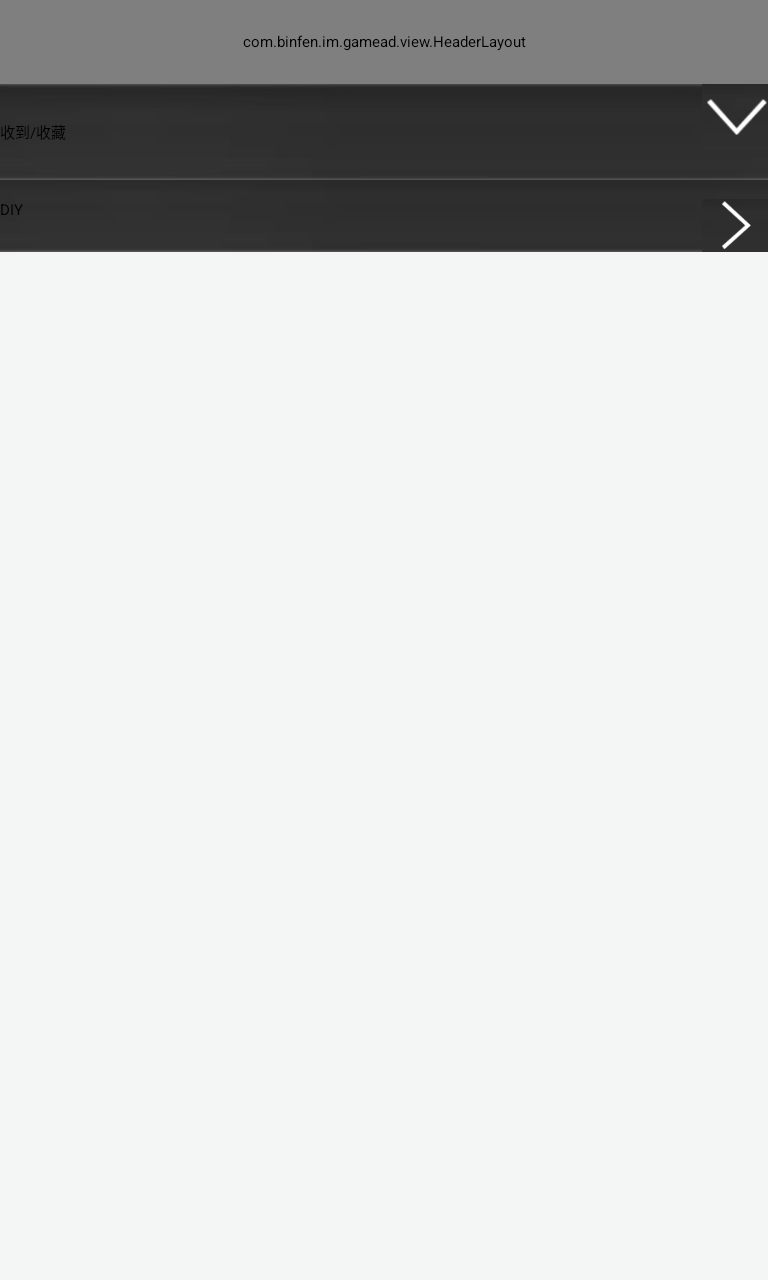
Repository: hosle/gad2
Layout: gamead_IM2/res/layout/xxh_gamelayout3.xml
The author's editor kept a copy of each file at every save. The layout is drawn from the files as they stood at one save, then again after the next save.
Pictures or frames that could not be fetched are drawn as grey boxes. It is drawn on a 768 x 1280 px phone screen (xhdpi) without system bars, with theme AppTheme; the app's code is not run. Lists and similar views that code fills are empty. The app's manifest (not shown) leaves right-to-left support off. So textAlignment, textDirection and layoutDirection are ignored, and left and right values win over start and end ones.

Above is the layout before, as saved 2015-06-26 06:44:50.

### gamead_IM2/res/layout/xxh_gamelayout3.xml
<?xml version="1.0" encoding="utf-8"?>
<RelativeLayout xmlns:android="http://schemas.android.com/apk/res/android"
    android:layout_width="match_parent"
    android:layout_height="match_parent"
     android:background="@color/base_bg"
    >

    <include
        android:id="@+id/common_actionbar"
        layout="@layout/include_action_bar"
        android:layout_width="match_parent"
        android:layout_height="42dp"
        android:layout_alignParentTop="true" />

    <LinearLayout
        android:id="@+id/bar2"
        android:layout_width="match_parent"
        android:layout_height="126dp"
        android:layout_below="@+id/common_actionbar"
        android:orientation="vertical" >

       <RelativeLayout
            android:layout_width="match_parent"
            android:layout_height="42dp"
            android:background="@drawable/xxh_game_dir" >

           <TextView
               android:id="@+id/official_game"
               android:layout_width="wrap_content"
               android:layout_height="wrap_content"
               android:layout_alignParentLeft="true"
               android:layout_centerVertical="true"
               android:text="官方"
               android:textAppearance="?android:attr/textAppearanceLarge" />

           <ImageButton
               android:id="@+id/xxh_imagebnt1"
               android:layout_width="wrap_content"
               android:layout_height="wrap_content"
               android:layout_alignParentBottom="true"
               android:layout_alignParentRight="true"
               android:layout_alignTop="@+id/official_game"
               android:background="@drawable/xxh_game_bkimgbnt"
               android:src="@drawable/xxh_game_ar" />

        </RelativeLayout>

        <RelativeLayout
            android:layout_width="match_parent"
            android:layout_height="42dp"
            android:background="@drawable/xxh_game_dir" >

            <TextView
               android:id="@+id/receive_game"
               android:layout_width="wrap_content"
               android:layout_height="wrap_content"
               android:layout_alignParentLeft="true"
               android:layout_centerVertical="true"
               android:text="DIY"
               android:textAppearance="?android:attr/textAppearanceLarge" />

           <ImageButton
               android:id="@+id/xxh_imagebnt2"
               android:layout_width="wrap_content"
               android:layout_height="wrap_content"
               android:layout_alignParentRight="true"
               android:layout_alignTop="@+id/receive_game"
               android:background="@drawable/xxh_game_bkimgbnt"
               android:src="@drawable/xxh_game_ar" />

        </RelativeLayout>
       </LinearLayout>
       <LinearLayout
            android:layout_width="match_parent"
            android:layout_height="wrap_content"
            android:layout_below="@+id/common_actionbar"

            android:orientation="vertical"
           >
        <RelativeLayout
            android:layout_width="match_parent"
            android:layout_height="wrap_content"
            android:background="@drawable/xxh_game_dir" >
           <TextView
               android:id="@+id/save_game"
               android:layout_width="wrap_content"
               android:layout_height="wrap_content"
               android:layout_alignParentStart="true"
               android:layout_alignParentLeft="true"
               android:layout_centerVertical="true"
               android:text="收到/收藏"
               android:textAppearance="?android:attr/textAppearanceLarge" />

           <ImageButton
               android:id="@+id/xxh_imagebnt3"
               android:layout_width="wrap_content"
               android:layout_height="wrap_content"
               android:layout_alignParentRight="true"
               android:layout_alignParentEnd="true"
               android:layout_alignTop="@+id/save_game"
               android:background="@drawable/xxh_game_bkimgbnt"
               android:src="@drawable/xxh_game_ad" />

        </RelativeLayout>
          <ListView
        android:id="@+id/listgame"
        android:layout_width="match_parent"
        android:layout_height="350dp"

        ></ListView>

    </LinearLayout>

   <!--  <com.binfen.im.gamead.view.ClearEditText
        android:id="@+id/et_msg_search"
        android:layout_width="fill_parent"
        android:layout_height="@dimen/base_action_bar_height"
        android:layout_margin="10dp"
        android:background="@drawable/base_edit_input"
        android:drawableLeft="@drawable/icon_msg_search"
        android:drawablePadding="10dp"
        android:hint="@string/message_search_hint"
        android:paddingLeft="10dp"
        android:paddingRight="10dp"
        android:visibility="gone"
        android:singleLine="true" /> -->

    <!-- <GridView
        android:id="@+id/gridgame"
        android:layout_width="match_parent"
        android:layout_height="match_parent"
        android:numColumns="auto_fit"
        android:columnWidth="90dp"
        android:verticalSpacing="5dp"
        android:horizontalSpacing="5dp"
        android:stretchMode="columnWidth"
        android:gravity="center"
        ></GridView> -->

</RelativeLayout>

### gamead_IM2/res/values/colors.xml
<?xml version="1.0" encoding="utf-8"?>
<resources>

    <color name="base_actionbar_bg">#f5f5f5</color>
    <color name="base_action_bar_title_color">#2f2725</color>
    <color name="base_tab_indicator_text_color">#f82c22</color>
    <color name="base_menu_left_bg">#393c44</color>
    <color name="pull_refresh_textview">#000000</color>
    <color name="base_color_text_black">#3e3e39</color>
    <color name="base_color_text_gray">#9fa0a0</color>
    <color name="base_color_text_white">#ffffff</color>
    <color name="home_item_color_bg">#f4f6f6</color>
    <color name="base_bg">#f4f6f6</color>
    <!-- zxing -->
    <color name="color_half_transparent">#b0000000</color>
    <color name="color_transparent_bg">#80000000</color>
    <color name="color_transparent_bg1">#e0000000</color>
    <!-- emot -->
    <color name="msg_emote_divider">#ffa1a1a1</color>
    <color name="color_bottom_bg">#272a2e</color>
    <color name="color_bottom_text_normal">#9da0a4</color>
    <color name="color_bottom_text_press">#4f9ef6</color>
    <color name="text_gray">#969696</color>
    <color name="transparent">#00000000</color>
    <color name="msg_chat_bg">#eceff4</color>

    <color name="theme_bg_color">#f0f2f5</color>
    <color name="color_theme">#489cfa</color>
    <color name="c_f98800">#ed4e23</color>

    <color name="dialog_color_title">#f82c22</color>
    <color name="guide_color">#898989</color>

    <color name="common_bg">#fcfcfc</color>

</resources>

### gamead_IM2/res/layout/include_action_bar.xml
<?xml version="1.0" encoding="utf-8"?>
<com.binfen.im.gamead.view.HeaderLayout
    xmlns:android="http://schemas.android.com/apk/res/android"
    android:layout_width="match_parent"
    android:layout_height="@dimen/base_action_bar_height" >

</com.binfen.im.gamead.view.HeaderLayout>

### gamead_IM2/res/values/dimens.xml
<resources>

    <!-- Default screen margins, per the Android Design guidelines. -->
    <dimen name="activity_horizontal_margin">16dp</dimen>
    <dimen name="activity_vertical_margin">16dp</dimen>
    <dimen name="text_size_small">14sp</dimen>
    <dimen name="text_size_medium">16sp</dimen>
    <dimen name="text_size_large">18sp</dimen>
    <dimen name="base_action_bar_height">48.0dip</dimen>
    <dimen name="base_action_bar_title_size">22.0sp</dimen>
    <dimen name="register_margin">10.0dp</dimen>
    <dimen name="base_scrollview_top_height">50.0dip</dimen>
    <dimen name="tab_padding_top_bottom">15dp</dimen>
    <dimen name="tab_padding_left_right">40dp</dimen>
    <dimen name="tab_height">48dp</dimen>
    <dimen name="base_line_width_1">1dip</dimen>
    <dimen name="base_line_width_2">2dip</dimen>
    <dimen name="base_line_width">0.5dip</dimen>

    <dimen name="time_line_line_left_margin">24dip</dimen>
    <dimen name="time_line_line_width">2.0dip</dimen>
    <dimen name="time_line_content_left_margin">52.0dip</dimen>
    <dimen name="time_line_content_right_margin">7.0dip</dimen>

    <dimen name="score_item_height">100.0dip</dimen>
     <dimen name="message_top_height">70.0dip</dimen>

     <dimen name="margin_chat_top">5.0dip</dimen>
</resources>

### gamead_IM2/res/values/strings.xml
<?xml version="1.0" encoding="utf-8"?>
<resources>

    <string name="app_name">缤分</string>
    <string name="action_settings">Settings</string>
    <string name="hello_world">Hello world!</string>
    <string name="login_username_hint">请输入用户名&#8230;</string>
    <string name="login_password_hint">请输入密码&#8230;</string>
    <string name="login_email_hint">请在此输入密码&#8230;</string>
    <string name="login">登录</string>
    <string name="register">注册</string>
    <string name="register_txt1">还没有账号？</string>
    <string name="register_txt2">立即注册 ></string>
    <string name="login_account">账号 </string>
    <string name="login_pwd">密码 </string>
    <string name="login_email">确认密码 </string>
    <string name="message_search_hint">搜索&#8230;</string>
    <string name="main_tab_recent">会话</string>
    <string name="main_tab_contact">联系人</string>
    <string name="mian_tab_set">设置</string>
    <string name="main_tab_game">游戏</string>
    <string name="xlistview_header_hint_normal">下拉刷新</string>
    <string name="xlistview_header_hint_ready">松开刷新数据</string>
    <string name="xlistview_header_hint_loading">正在加载&#8230;</string>
    <string name="xlistview_header_last_time">上次更新时间：</string>
    <string name="xlistview_footer_hint_normal">查看更多</string>
    <string name="xlistview_footer_hint_ready">松开载入更多</string>
    <string name="add_avator">头像</string>
    <string name="add_nick">昵称</string>
    <string name="add_name">账号</string>
    <string name="add_name_hint">请输入昵称&#8230;</string>
    <string name="add_gender">性别</string>
    <string name="set_notify">接收新消息通知</string>
    <string name="set_myinfo">个人资料</string>
    <string name="set_blacklist">黑名单</string>
    <string name="set_voice">声音</string>
    <string name="set_vibrate">震动</string>
    <string name="tips">提示</string>
    <string name="logout">退出登陆</string>
    <string name="pop_photo">拍照</string>
    <string name="pop_choose">从手机相册选中</string>
    <string name="network_tips">当前网络不可用,请检查您的网络!</string>
    <string name="toast_error_password_null">密码不能为空</string>
    <string name="toast_error_username_null">用户名不能为空</string>
    <string name="toast_error_comfirm_password">输入的两次密码不一致</string>
    <string name="blacklist">黑名单</string>
    <string name="chat">发起会话</string>
    <string name="add_friend">添加好友</string>
    <string name="send_state">已读</string>
    <string name="longclick_speak">长按说话</string>
    <string name="picture">照片</string>
    <string name="camera">拍摄</string>
    <string name="location">位置</string>
    <string name="xxh_game">游戏</string>
    <string name="black_tips">已添加至黑名单，你将不再收到对方的消息!</string>
    <string name="username">用户名</string>
    <string name="search">搜索</string>
    <string name="new_friends">新朋友</string>
    <string name="near_people">附近的人</string>
    <string name="voice_up_tips">手指上滑,取消发送</string>
    <string name="voice_cancel_tips">松开手指，取消发送</string>
    <string name="voice_seconds_tips">还可以说%1$s秒</string>
    <string name="voice_short_tips">录音时间太短</string>
    <string name="show_notice">\t\t\t\t\t自V1.0.6版本开始，应用源码中将不再公开ApplicationId,开发者请自行到官网申请。\n\t\t\t\t\t申请成功之后在应用程序启动页(SplashActivity)进行初始化操作!</string>
    <string name="title_activity_select_game_to_send">SelectGameToSendActivity</string>
    <string name="title_activity_maintest">MainActivity</string>
    <string name="title_activity_select_game_to_send2">SelectGameToSend2Activity</string>

</resources>

After the next save:
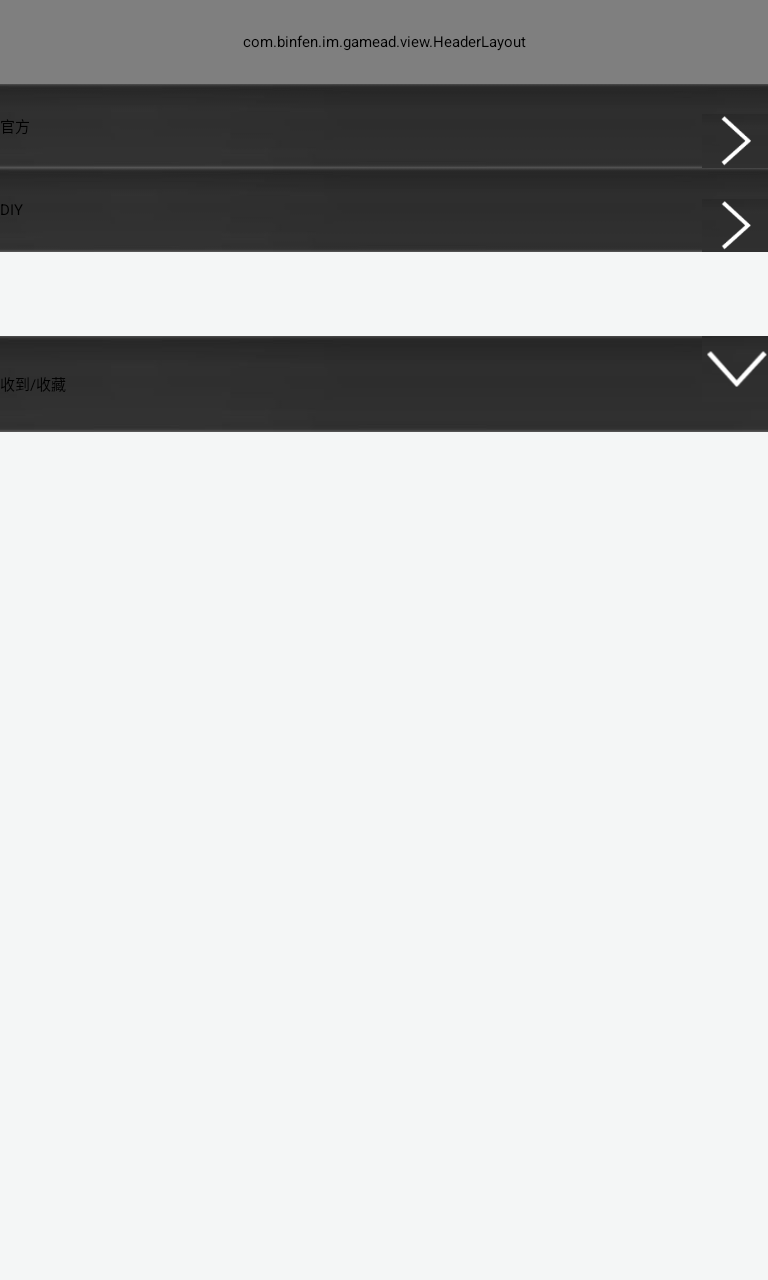
Saved 10 s later.
--- a/gamead_IM2/res/layout/xxh_gamelayout3.xml
+++ b/gamead_IM2/res/layout/xxh_gamelayout3.xml
@@ -73,7 +73,7 @@
        <LinearLayout
             android:layout_width="match_parent"
             android:layout_height="wrap_content"
-            android:layout_below="@+id/common_actionbar"
+            android:layout_below="@+id/bar2"
 
             android:orientation="vertical"
            >
